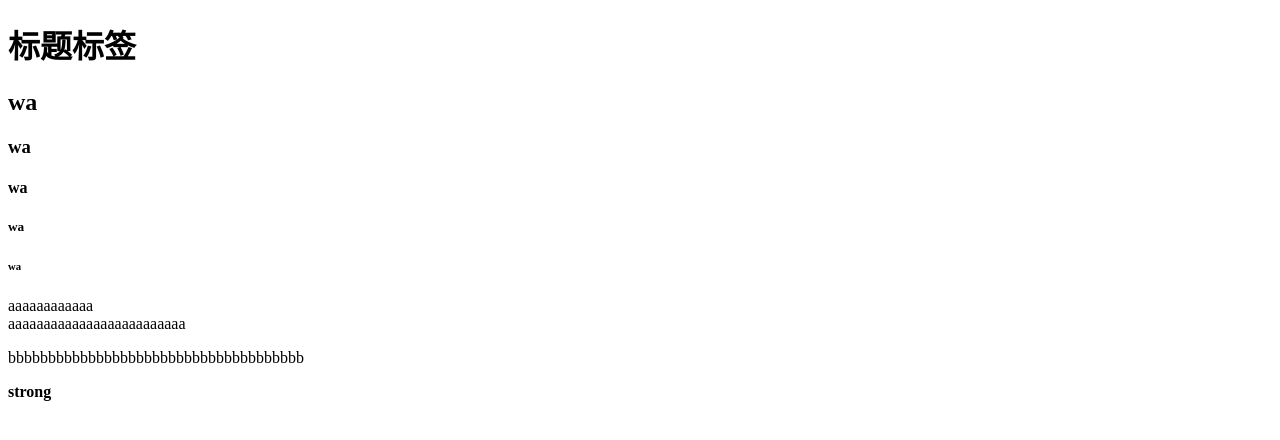
Repository: Qwenicq/My_project
Page: html/vscode_frist.htm
These files come from the project's save history. The page is drawn as it stood at one moment and after the next save; the edit follows.
The browser window is 1280 px wide. The pictures show the whole page.

Above is the page before, as saved 2023-03-27 21:25:07.

After the next save:
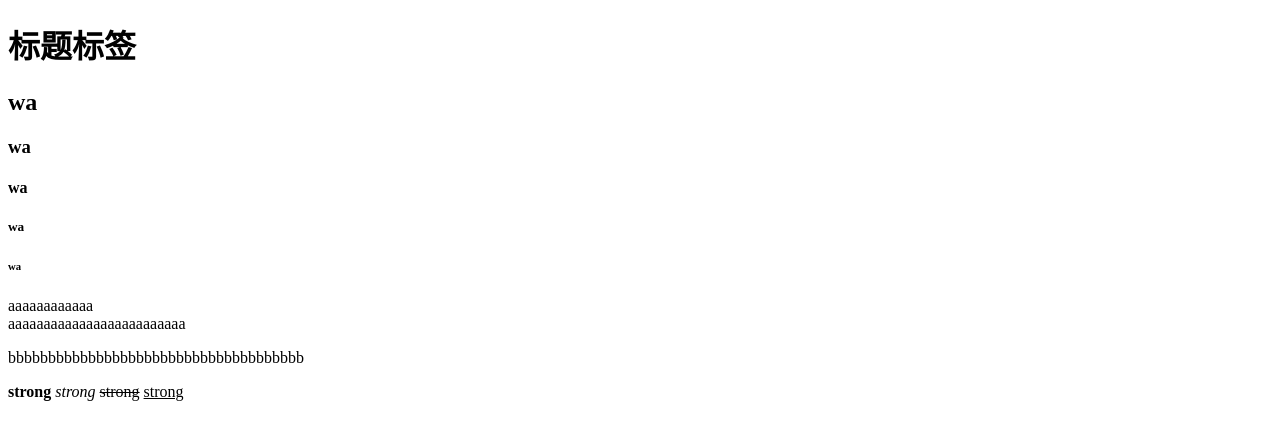
Saved 82 s later.
--- a/html/vscode_frist.htm
+++ b/html/vscode_frist.htm
@@ -16,6 +16,9 @@
     <p>aaaaaaaaaaaa<br />aaaaaaaaaaaaaaaaaaaaaaaaa</p>
     <p>bbbbbbbbbbbbbbbbbbbbbbbbbbbbbbbbbbbbb</p>
     <strong>strong</strong>
+    <em>strong</em>
+    <del>strong</del>
+    <ins>strong</ins>
 
 </body>
 </html>
